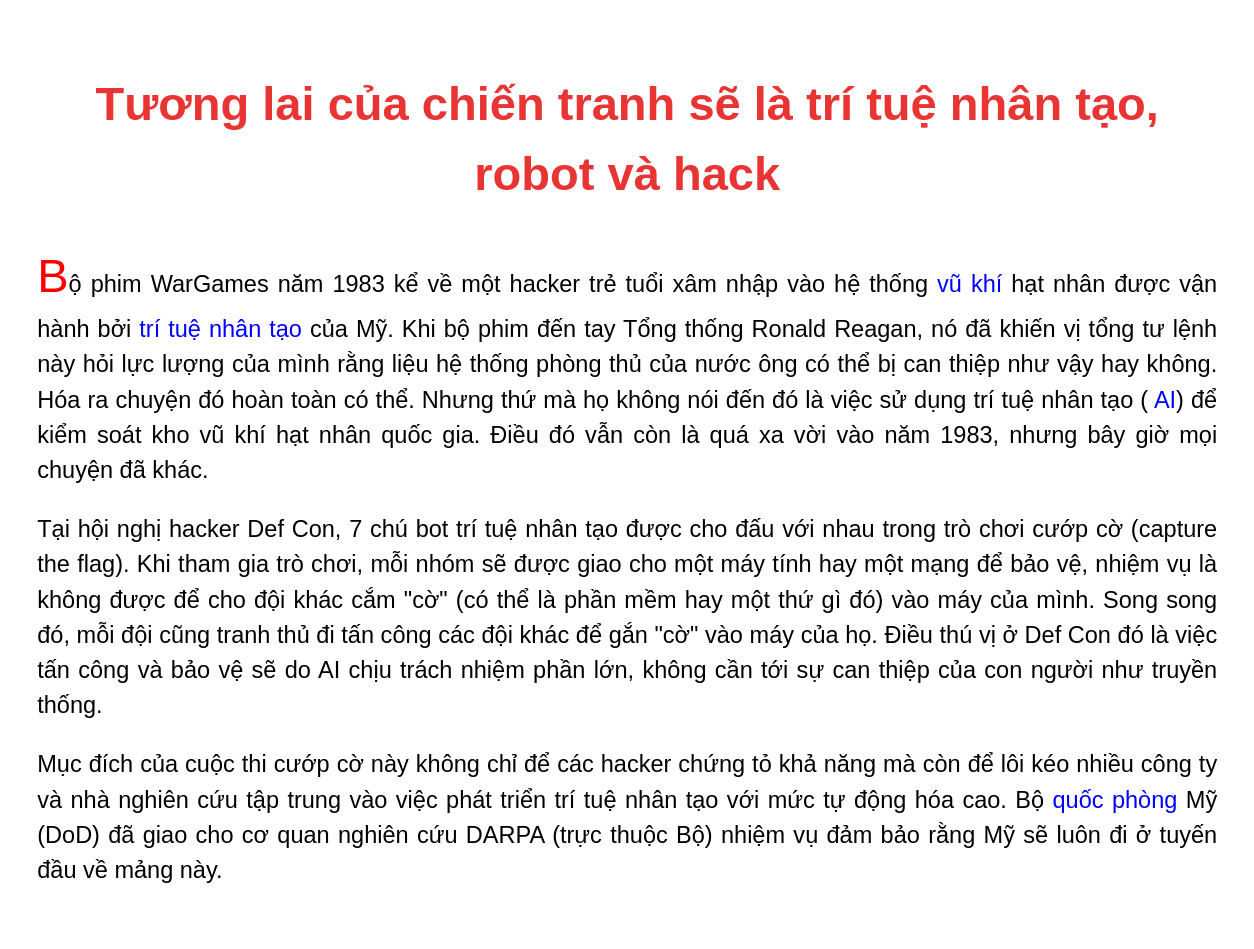
Repository: tuiladev/TKW
Page: CSS/Bai1/index.html
These files come from the project's save history. The page is drawn as it stood at one moment and after a run of saves; the edit follows.
The browser window is 1280 px wide. The pictures show the whole page, at 98% of full size.

Above is the page before, as saved 2022-04-07 17:10:35.

After the next 2 saves:
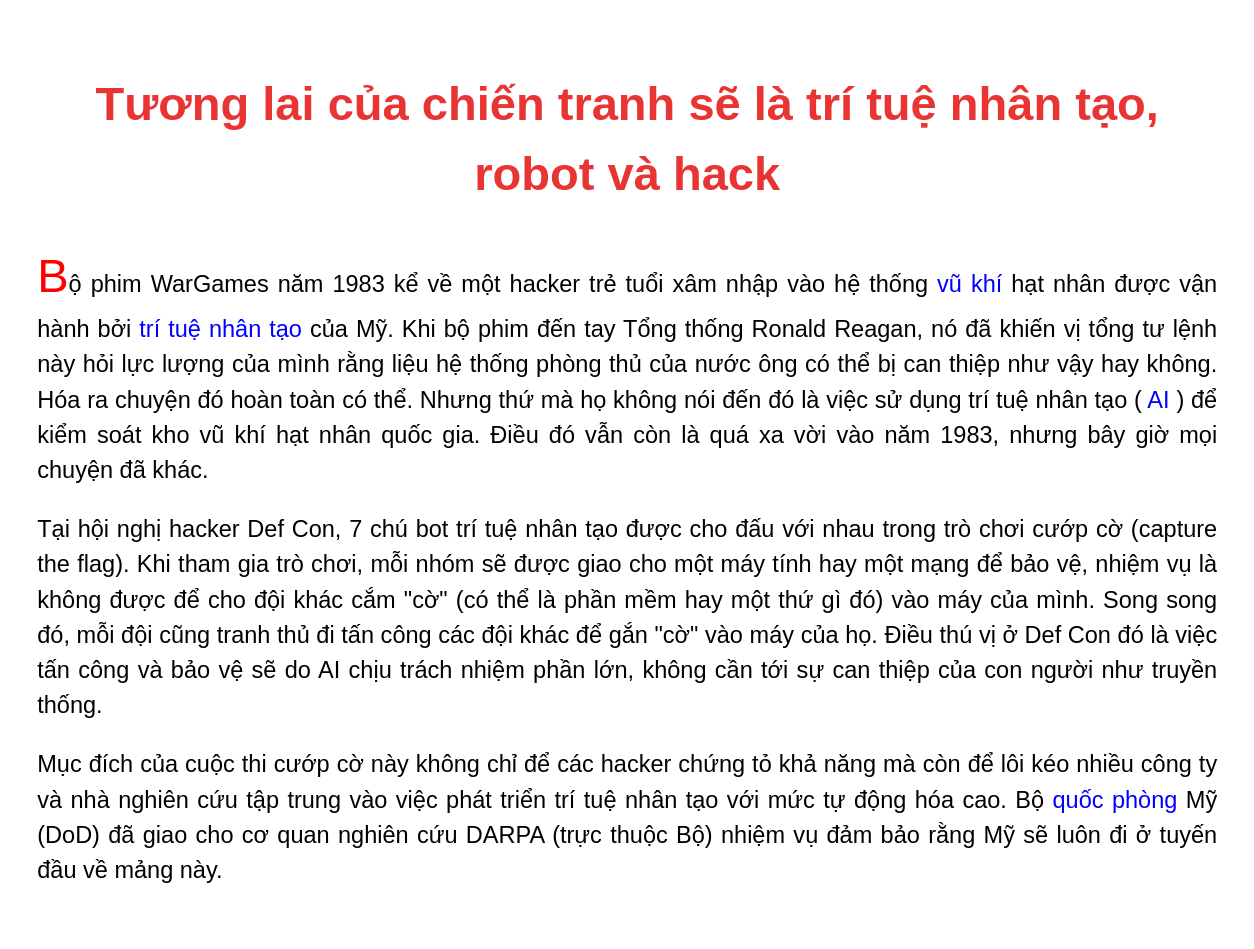
The 2 saves are shown as one change because they came seconds apart.
The last was saved 6 s later.
--- a/CSS/Bai1/index.html
+++ b/CSS/Bai1/index.html
@@ -23,8 +23,8 @@
             <a
             href="https://vi.wikipedia.org/wiki/A.I._%E2%80%93_Tr%C3%AD_tu%E1%BB%87_nh%C3%A2n_t%E1%BA%A1o"
             target="_blank"
-            >AI</a
-         >) để kiểm soát kho vũ khí hạt nhân quốc gia. Điều đó vẫn còn là quá xa vời vào năm 1983,
+            >AI
+            </a>) để kiểm soát kho vũ khí hạt nhân quốc gia. Điều đó vẫn còn là quá xa vời vào năm 1983,
          nhưng bây giờ mọi chuyện đã khác.
       </p>
       <p>
